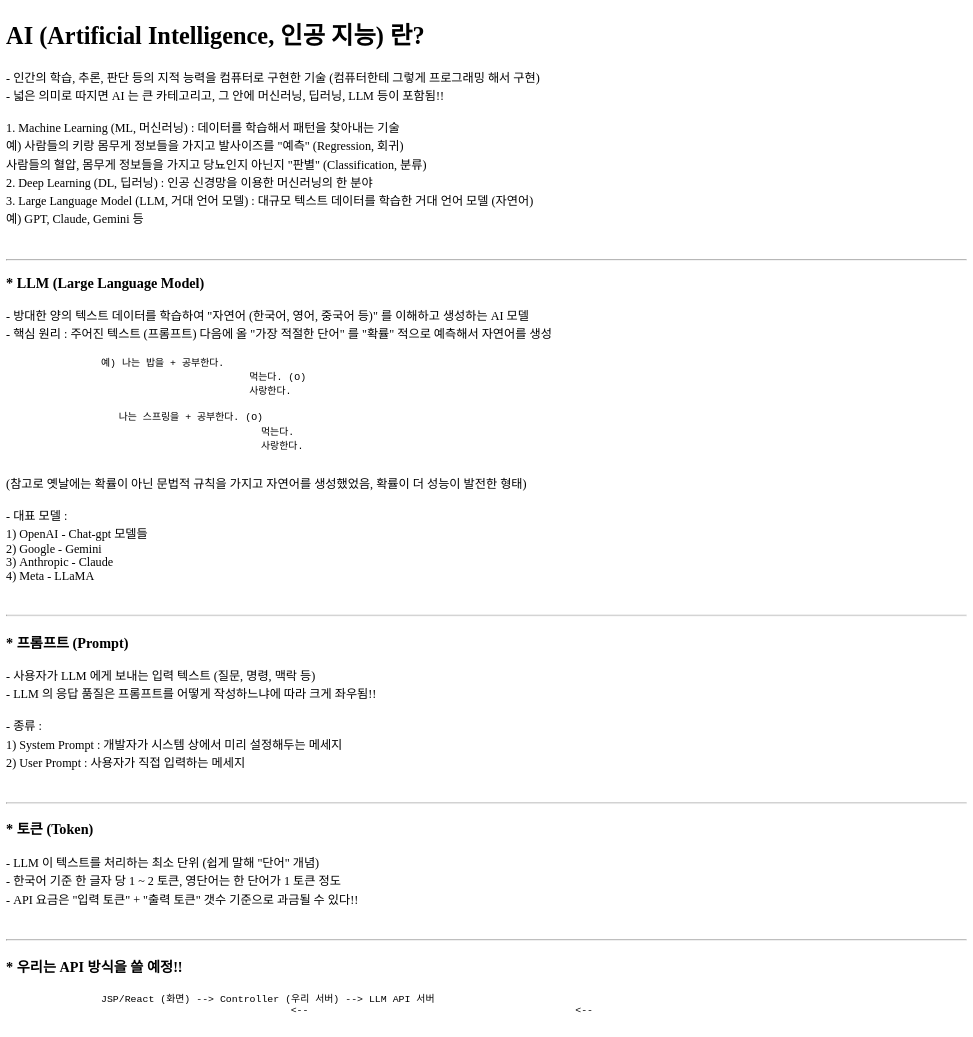
Repository: developerPKJ/10_AI-workspace
Page: http://localhost/AI_API_Project/WEB-INF/views/index.jsp
An editor plug-in stored every save of this project. The page is shown before and after the next save, followed by the edit.
The browser window is 1280 px wide. The pictures show the whole page, at 76% of full size.
The page is served by Tomcat 9. Nobody is signed in. Other server files are loaded and not shown. The template is opened directly, without the code that normally fills it, so the values that code supplies are empty.

Above is the page before, as saved 2026-08-05 01:10:36.

### AI_API_Project/src/main/webapp/WEB-INF/views/index.jsp
<%@ page language="java" contentType="text/html; charset=UTF-8"
    pageEncoding="UTF-8"%>
<!DOCTYPE html>
<html>
<head>
<meta charset="UTF-8">
<title>Insert title here</title>
</head>
<body>

	<h1>AI (Artificial Intelligence, 인공 지능) 란?</h1>

	<p>
		- 인간의 학습, 추론, 판단 등의 지적 능력을 컴퓨터로 구현한 기술 (컴퓨터한테 그렇게 프로그래밍 해서 구현) <br>
		- 넓은 의미로 따지면 AI 는 큰 카테고리고, 그 안에 머신러닝, 딥러닝, LLM 등이 포함됨!! <br>

		<br>

		1. Machine Learning (ML, 머신러닝) : 데이터를 학습해서 패턴을 찾아내는 기술 <br>
		예) 사람들의 키랑 몸무게 정보들을 가지고 발사이즈를 "예측" (Regression, 회귀) <br>
		    사람들의 혈압, 몸무게 정보들을 가지고 당뇨인지 아닌지 "판별" (Classification, 분류) <br>

		2. Deep Learning (DL, 딥러닝) : 인공 신경망을 이용한 머신러닝의 한 분야 <br>

		3. Large Language Model (LLM, 거대 언어 모델) : 대규모 텍스트 데이터를 학습한 거대 언어 모델 (자연어) <br>
		예) GPT, Claude, Gemini 등
	</p>

	<br>
	<hr>

	<h3>* LLM (Large Language Model)</h3>

	<p>
		- 방대한 양의 텍스트 데이터를 학습하여 "자연어 (한국어, 영어, 중국어 등)" 를 이해하고 생성하는 AI 모델 <br>
		- 핵심 원리 : 주어진 텍스트 (프롬프트) 다음에 올 "가장 적절한 단어" 를 "확률" 적으로 예측해서 자연어를 생성 <br>
		<pre>
		예) 나는 밥을 + 공부한다.
					 먹는다. (O)
					 사랑한다.

		   나는 스프링을 + 공부한다. (O)
		   			   먹는다.
		   			   사랑한다.
		</pre>
		  (참고로 옛날에는 확률이 아닌 문법적 규칙을 가지고 자연어를 생성했었음, 확률이 더 성능이 발전한 형태) <br>

		<br>

		- 대표 모델 : <br>
		1) OpenAI - Chat-gpt 모델들 <br>
		2) Google - Gemini <br>
		3) Anthropic - Claude <br>
		4) Meta - LLaMA
	</p>

	<br>
	<hr>

	<h3>* 프롬프트 (Prompt)</h3>

	<p>
		- 사용자가 LLM 에게 보내는 입력 텍스트 (질문, 명령, 맥락 등) <br>
		- LLM 의 응답 품질은 프롬프트를 어떻게 작성하느냐에 따라 크게 좌우됨!! <br>

		<br>
		- 종류 : <br>
		1) System Prompt : 개발자가 시스템 상에서 미리 설정해두는 메세지 <br>
		2) User Prompt : 사용자가 직접 입력하는 메세지
	</p>

	<br>
	<hr>

	<h3>* 토큰 (Token)</h3>

	<p>
		- LLM 이 텍스트를 처리하는 최소 단위 (쉽게 말해 "단어" 개념) <br>
		- 한국어 기준 한 글자 당 1 ~ 2 토큰, 영단어는 한 단어가 1 토큰 정도 <br>
		- API 요금은 "입력 토큰" + "출력 토큰" 갯수 기준으로 과금될 수 있다!!
	</p>

	<br>
	<hr>

	<h3>* 우리는 API 방식을 쓸 예정!!</h3>

	<pre>
		JSP/React (화면) --> Controller (우리 서버) --> LLM API 서버
						<--						<--
	</pre>


</body>
</html>

After the next save:
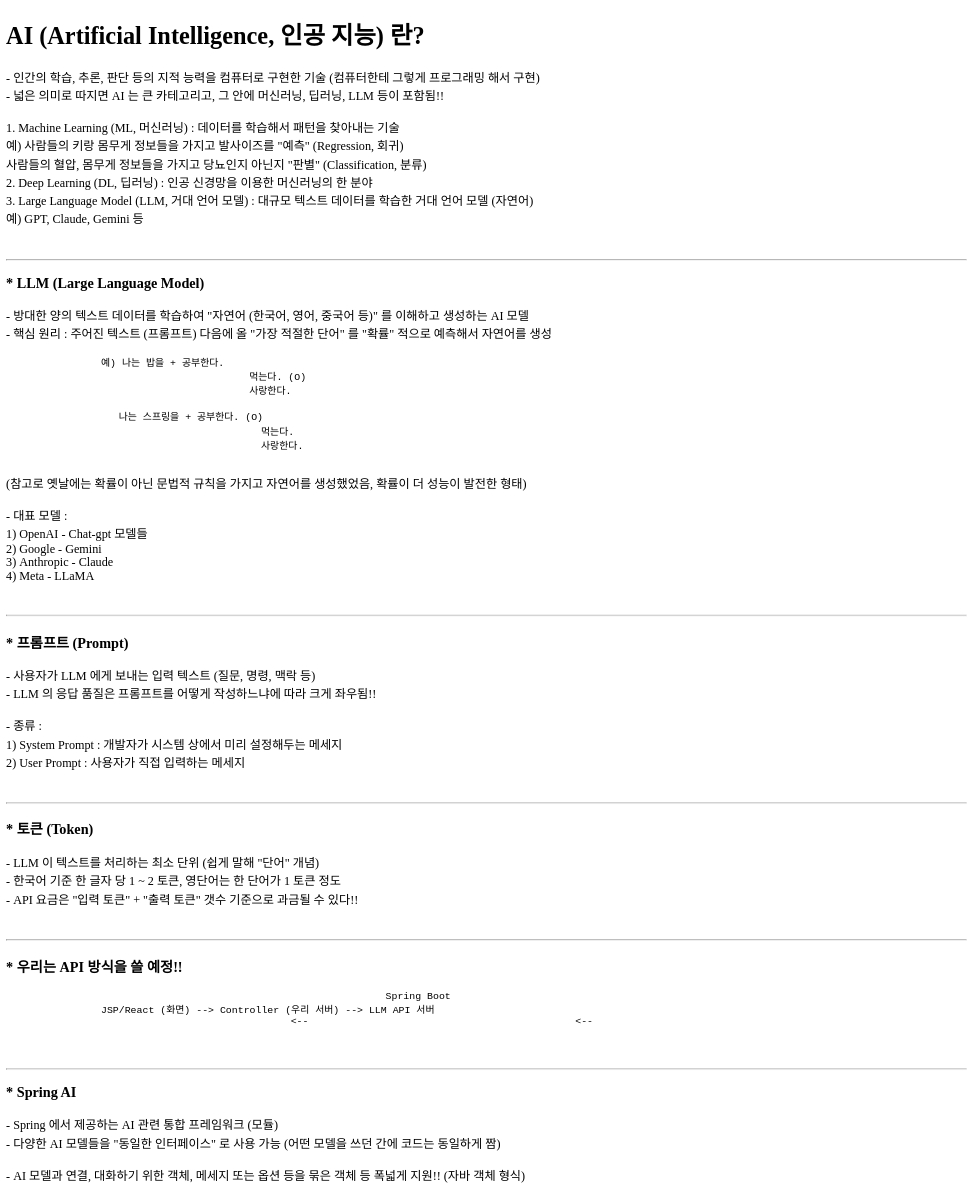
Saved 6 min 14 s later.
--- a/AI_API_Project/src/main/webapp/WEB-INF/views/index.jsp
+++ b/AI_API_Project/src/main/webapp/WEB-INF/views/index.jsp
@@ -86,10 +86,24 @@
 	<h3>* 우리는 API 방식을 쓸 예정!!</h3>
 
 	<pre>
+								Spring Boot
 		JSP/React (화면) --> Controller (우리 서버) --> LLM API 서버
 						<--						<--
 	</pre>
 
+	<br>
+	<hr>
+
+	<h3>* Spring AI</h3>
+
+	<p>
+		- Spring 에서 제공하는 AI 관련 통합 프레임워크 (모듈) <br>
+		- 다양한 AI 모델들을 "동일한 인터페이스" 로 사용 가능 (어떤 모델을 쓰던 간에 코드는 동일하게 짬) <br>
+
+		<br>
+
+		- AI 모델과 연결, 대화하기 위한 객체, 메세지 또는 옵션 등을 묶은 객체 등 폭넓게 지원!! (자바 객체 형식)
+	</p>
 
 </body>
 </html>
